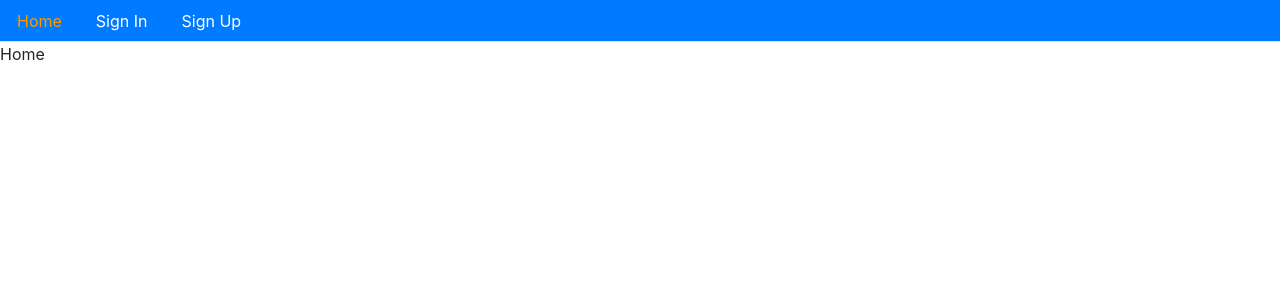
Repository: pragnyatata/Ecommerce
Page: / (app in ecommerce-front/)
The author's editor kept a copy of each file at every save. The page is drawn from the files as they stood at one save, then again after the next save.
The browser window is 1280 px wide. The pictures show the whole page.
The project was rebuilt for these pictures with package versions that can differ from the ones it lists, and the page was loaded fresh each time. Also part of the build but not shown: ecommerce-front/src/App.js, ecommerce-front/src/user/Signup.js, ecommerce-front/src/user/Signin.js.

Above is the page before, as saved 2020-01-18 21:12:12.

### ecommerce-front/public/index.html
<!DOCTYPE html>
<html lang="en">
  <head>
    <meta charset="utf-8" />
    <link rel="icon" href="%PUBLIC_URL%/favicon.ico" />
    <meta name="viewport" content="width=device-width, initial-scale=1" />
    <meta name="theme-color" content="#000000" />
    <meta
      name="description"
      content="Web site created using create-react-app"
    />
    <link rel="apple-touch-icon" href="%PUBLIC_URL%/logo192.png" />
    <link rel="manifest" href="%PUBLIC_URL%/manifest.json" />
    <link
      rel="stylesheet"
      href="https://maxcdn.bootstrapcdn.com/bootstrap/4.0.0/css/bootstrap.min.css"
      integrity="sha384-Gn5384xqQ1aoWXA+058RXPxPg6fy4IWvTNh0E263XmFcJlSAwiGgFAW/dAiS6JXm"
      crossorigin="anonymous"
    />

    <title>React App</title>
  </head>
  <body>
    <noscript>You need to enable JavaScript to run this app.</noscript>
    <div id="root"></div>
  </body>
</html>

### ecommerce-front/src/index.js
import React from "react";
import ReactDOM from "react-dom";
import App from "./App";
import Routes from "./Routes";
ReactDOM.render(<Routes />, document.getElementById("root"));

### ecommerce-front/src/Routes.js
import React, { Component } from "react";
import { BrowserRouter, Switch, Route } from "react-router-dom";
import Signup from "./user/Signup";
import Signin from "./user/Signin";
import Home from "./core/Home";
import Menu from "./core/Menu";
const Routes = () => {
  return (
    <BrowserRouter>
      <Menu />
      <Switch>
        <Route path="/" exact component={Home} />
        <Route path="/signin" exact component={Signin} />
        <Route path="/signup" exact component={Signup} />
      </Switch>
    </BrowserRouter>
  );
};
export default Routes;

### ecommerce-front/src/core/Home.js
import React, { Component } from "react";
const Home = () => <div>Home</div>;
export default Home;

### ecommerce-front/src/core/Menu.js
import React from "react";
import { Link, withRouter } from "react-router-dom";
const isActive = (history, path) => {
  if (history.location.pathname === path) return { color: "#ff9900" };
  return { color: "#ffffff" };
};

const Menu = ({ history }) => (
  <div>
    <ul className="nav nav-tabs bg-primary">
      <li className="nav-item">
        <Link className="nav-link" style={isActive(history, "/")} to="/">
          Home
        </Link>
      </li>
      <li className="nav-item">
        <Link
          className="nav-link"
          style={isActive(history, "/signin")}
          to="/signin"
        >
          Sign In{" "}
        </Link>
      </li>
      <li className="nav-item">
        <Link
          className="nav-link"
          style={isActive(history, "/signup")}
          to="/signup"
        >
          Sign Up
        </Link>
      </li>
    </ul>
  </div>
);
export default withRouter(Menu);

### ecommerce-front/src/core/Layout.js
import React from "react";
const Layout = ({
  title = "Title",
  description = "Description",
  className,
  children
}) => (
  <div>
    <div className="jumbotron">
      <h2>{title}</h2>
      <p className="lead">{description}</p>
    </div>
    <div className={className}>{children}</div>
  </div>
);
export default Layout;

After the next save:
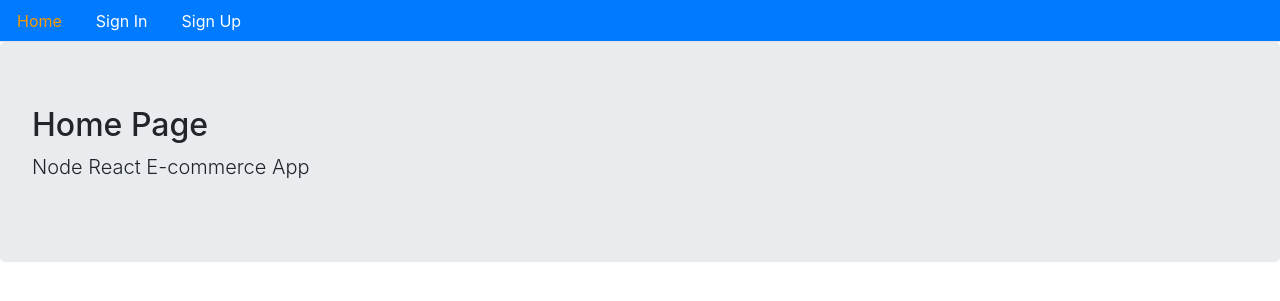
Saved 63 s later.
--- a/ecommerce-front/src/core/Home.js
+++ b/ecommerce-front/src/core/Home.js
@@ -1,3 +1,6 @@
 import React, { Component } from "react";
-const Home = () => <div>Home</div>;
+import Layout from "./Layout";
+const Home = () => (
+  <Layout title="Home Page" description="Node React E-commerce App"></Layout>
+);
 export default Home;
